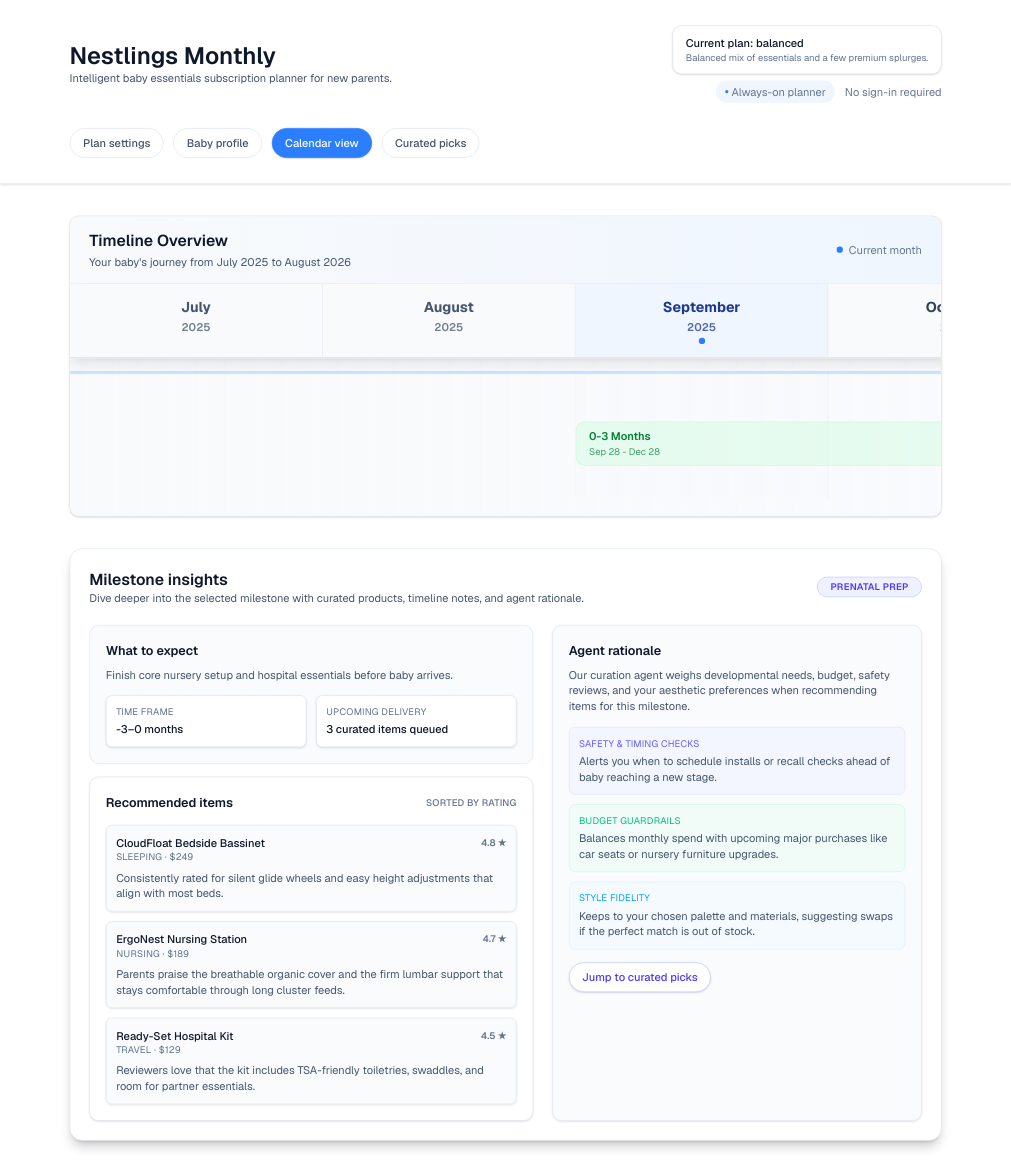
Repository: jc92/babyshop
Page: /, after clicking the first element matching `div.mt-8 > :nth-child(3)`
These files come from the project's save history. The page is drawn as it stood at one moment and after a run of saves; the edit follows.
The browser window is 1280 px wide. The pictures show the whole page, at 79% of full size.
The page's requests for data from a server got no answer. The project was rebuilt for these pictures with package versions that can differ from the ones it lists, and the page was loaded fresh each time. The framework's server and built-in components were replaced by stand-ins that run in the browser. No one was signed in, and anything a server would have sent is missing. Also part of the build but not shown: next.config.ts.

Above is the page before, as saved 2025-10-01 14:11:26.

After the next 4 saves:
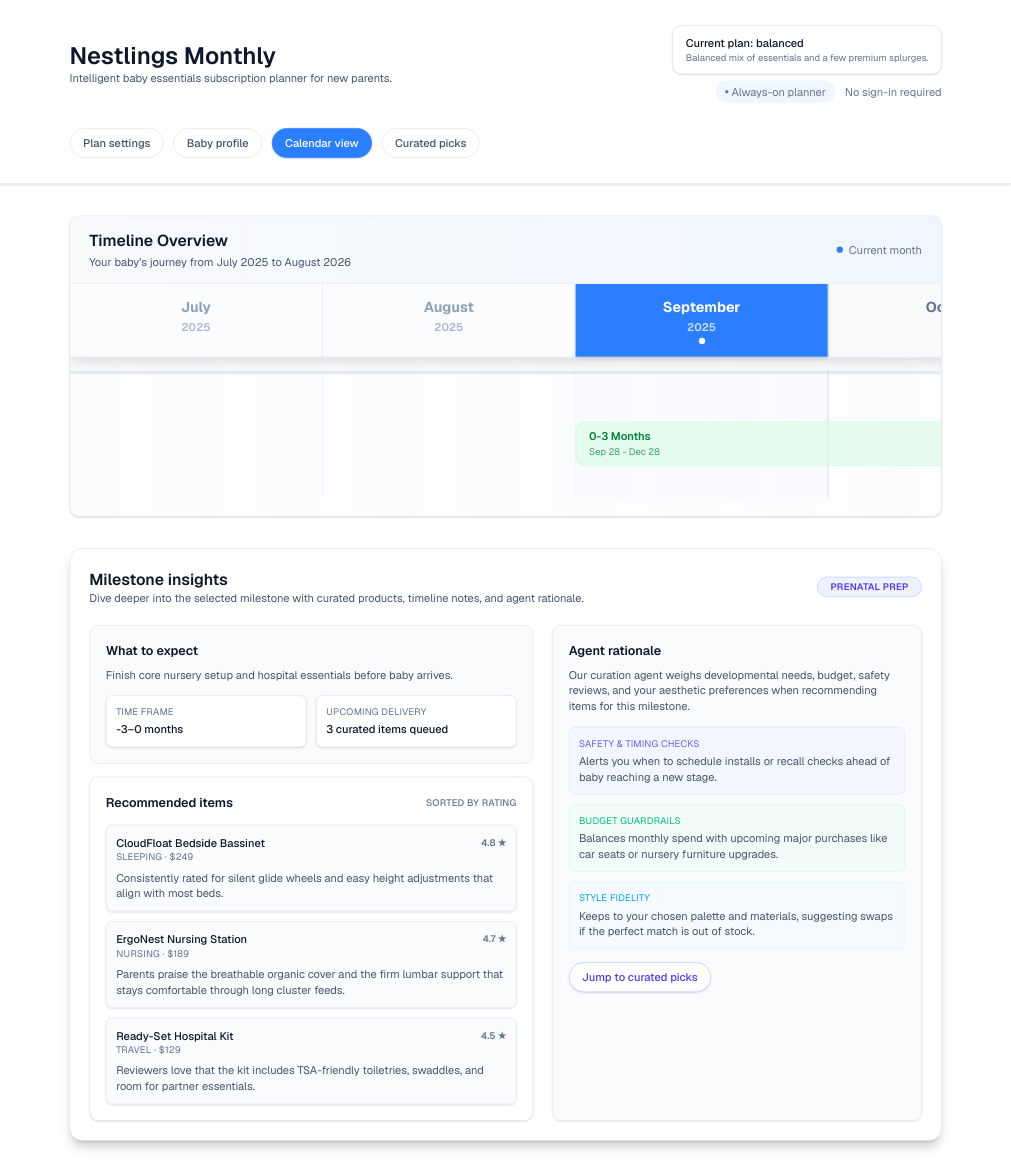
The 4 saves are shown as one change because they came seconds apart.
The last was saved 14 s later.
--- a/src/components/CalendarView.tsx
+++ b/src/components/CalendarView.tsx
@@ -127,17 +127,17 @@ export default function CalendarView({ milestones, activeMilestoneId, onSelectMi
                   key={`${month.year}-${month.month}`}
                   className={`flex-shrink-0 w-80 px-4 py-4 text-center font-semibold border-r border-slate-200 transition-colors ${
                     isCurrentMonth
-                      ? 'bg-blue-50 text-blue-900 border-blue-300'
+                      ? 'bg-blue-500 text-white shadow-md'
                       : isPast
-                        ? 'bg-slate-50 text-slate-600'
-                        : 'bg-slate-50 text-slate-700'
+                        ? 'bg-slate-100/30 text-slate-400'
+                        : 'bg-slate-100/50 text-slate-500'
                   }`}
                 >
                   <div className="flex flex-col items-center">
                     <div className="text-lg font-bold">{month.name}</div>
                     <div className="text-sm opacity-75">{month.year}</div>
                     {isCurrentMonth && (
-                      <div className="mt-1 w-2 h-2 bg-blue-500 rounded-full"></div>
+                      <div className="mt-1 w-2 h-2 bg-white rounded-full"></div>
                     )}
                   </div>
                 </div>
@@ -148,10 +148,10 @@ export default function CalendarView({ milestones, activeMilestoneId, onSelectMi
           {/* Timeline Events with improved styling */}
           <div className="relative bg-slate-50/30 min-h-[200px] pt-4">
             {/* Timeline track background */}
-            <div className="absolute inset-0 bg-gradient-to-r from-slate-50 to-indigo-50/30"></div>
+            <div className="absolute inset-0 bg-gradient-to-r from-slate-50/50 to-blue-50/30"></div>
 
             {/* Top timeline row indicator */}
-            <div className="absolute top-4 left-0 right-0 h-1 bg-blue-500/20 z-5"></div>
+            <div className="absolute top-4 left-0 right-0 h-1 bg-slate-300/40 z-5"></div>
 
             {milestones.map((milestone, index) => {
               const { start, end } = getDateRangeForMilestone(milestone.monthRange, referenceDate);
@@ -208,7 +208,7 @@ export default function CalendarView({ milestones, activeMilestoneId, onSelectMi
                       </div>
                     </div>
                     {isActive && (
-                      <div className="ml-2 w-2 h-2 bg-blue-500 rounded-full animate-pulse"></div>
+                      <div className="ml-2 w-2 h-2 bg-white rounded-full animate-pulse"></div>
                     )}
                   </div>
                 </div>
